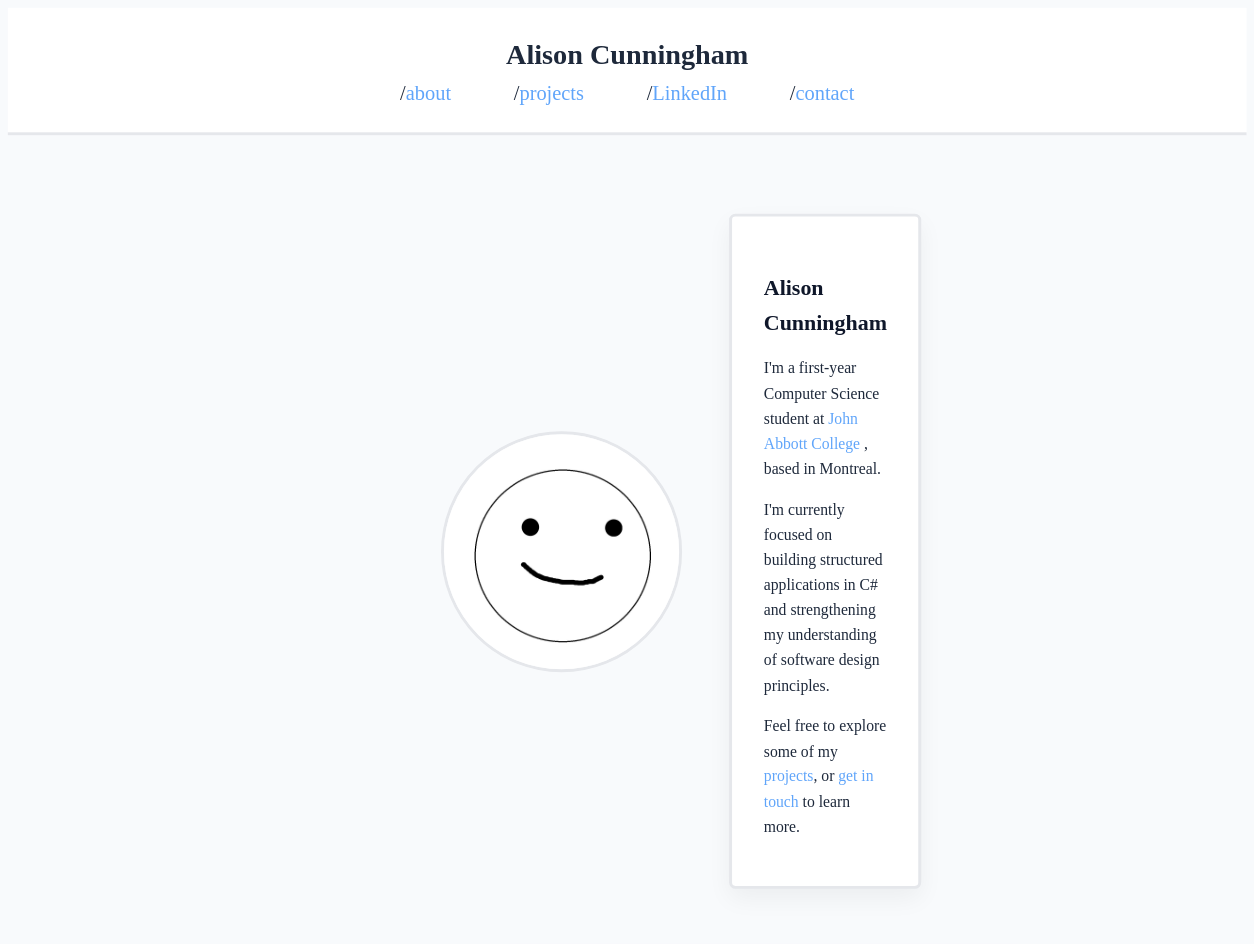
Repository: alison-cunningham/alison-cunningham
Page: index.html
These files come from the project's save history. The page is drawn as it stood at one moment and after the next save; the edit follows.
The browser window is 1280 px wide. The pictures show the whole page, at 98% of full size.
Some web fonts or font styles are not loaded; a fallback is used.

Above is the page before, as saved 2026-04-22 14:21:33.

### index.html
<!DOCTYPE html>
<html lang="en">
<head>
    <meta charset="UTF-8" />
    <title>Alison Cunningham - Home Page</title>
    <link rel="stylesheet" href="./styles/globals.css"/>
    <link rel="stylesheet" href="./styles/index.css" />
</head>

<body>
    <header>
        <h1>Alison Cunningham</h1>
        <div class="nav-bar">
            <a href="index.html">/<span class="hover-text">about</span></a>
            <a href="projects.html">/<span class="hover-text">projects</span></a>
            <a href="https://www.linkedin.com/in/alison-c-427578b5">/<span class="hover-text">LinkedIn</span></a>
            <a href="mailto:cunningham.alison.m@gmail.com">/<span class="hover-text">contact</span></a>
        </div>
    </header>

    <main>
        <img class="home-page-img" src="./assets/images/placeholder.jpg" alt="this is just a placeholder">

        <div class="about-me">
            <h3>Alison Cunningham</h3>
                <p>
        I'm a first-year Computer Science student at
        <a href="https://johnabbott.qc.ca/career-programs/computer-science-technology/" class="hover-text">
            John Abbott College
        </a>, based in Montreal.
    </p>

    <p>
        I'm currently focused on building structured applications in C# and strengthening my understanding of software design principles.
    </p>

    <p>
        Feel free to explore some of my <a href="projects.html" class="hover-text">projects</a>,
        or <a href="mailto:cunningham.alison.m@gmail.com" class="hover-text">get in touch</a> to learn more.
    </p>

        </div>


    </main>



</body>

</html>

### styles/globals.css
@font-face{
    font-family: 'Radio-Canada';
    src: url('../assets/fonts/Radio_Canada/RadioCanada-VariableFont_wdth\,wght.ttf')
}



body{
    font-family: 'Radio-Canada';
    display: grid;
    place-items: center;

    background-color: #f8fafc;
    color: #1e293b;

    line-height: 1.6;
    font-size: 1rem;
}

a{
    text-decoration: none;
    color: inherit;
}

h3{
    font-size: 1.4rem;
    margin-bottom: 1rem;
    color: #0f172a;
}

### styles/index.css
header{
    width: 100%;
    padding: 1.5rem 0;

    background-color: #ffffff;
    border-bottom: .2rem solid #e5e7eb;

    display: flex;
    flex-direction: column;
    align-items: center;
    justify-content: center;

    font-size: 1.2rem;
}

header h1{
    font-size: 1.8rem;
    margin: 0;
}

.nav-bar{
    display: flex;
    gap: 4rem;

    font-size: 1.3rem;
}

.hover-text{
    color: #60a5fa;

}

.hover-text:hover{
    color: #34d399;
}

.hover-text::after{
    content:"";
    position: absolute;
    left: 0;
    bottom: -2px;

    width: 0%;
    height: 2px;
    background: #34d399;
    transition: color 0.3s;

}

.hover-text:hover::after {
    width: 100%;
}

.home-page-img{
    width: 15rem;
    border: .2rem solid #e5e7eb;
    border-radius: 50%;

    transition: transform 0.3s ease;
}

.home-page-img:hover{
    transform: scale(1.03);
}

main{
    display: grid;
    grid-template-columns: auto 1fr;
    align-items: center;

    gap: 3rem;
    padding: 3rem 2rem;

    max-width: 90%;
    margin: 0 auto;
    margin-top: 2rem;

}

.about-me{

    padding: 2rem;
    background-color: #ffffff;

    border: .2rem solid #e5e7eb;
    border-radius: .4rem;

    box-shadow: 0 10px 25px rgba(0,0,0,0.05);
}

@media (min-width: 600px) {
  main {
    width: 50%;
  }
}

@media (min-width: 992px) {
  main {
    width: 30%;
  }
}

After the next save:
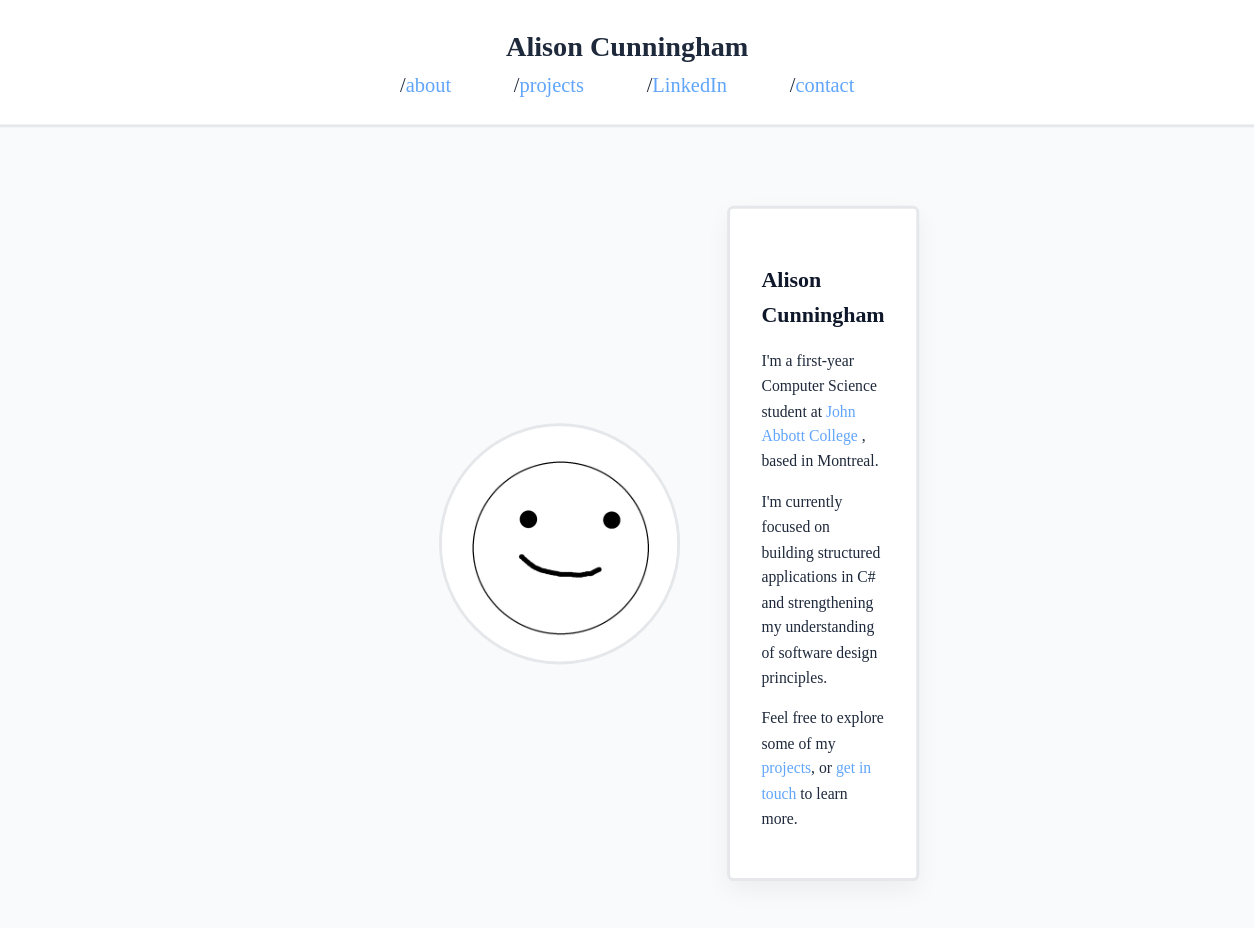
Saved 1 s later.
--- a/styles/globals.css
+++ b/styles/globals.css
@@ -7,14 +7,14 @@
 
 body{
     font-family: 'Radio-Canada';
-    display: grid;
-    place-items: center;
 
     background-color: #f8fafc;
     color: #1e293b;
 
     line-height: 1.6;
     font-size: 1rem;
+
+    margin: 0;
 }
 
 a{
